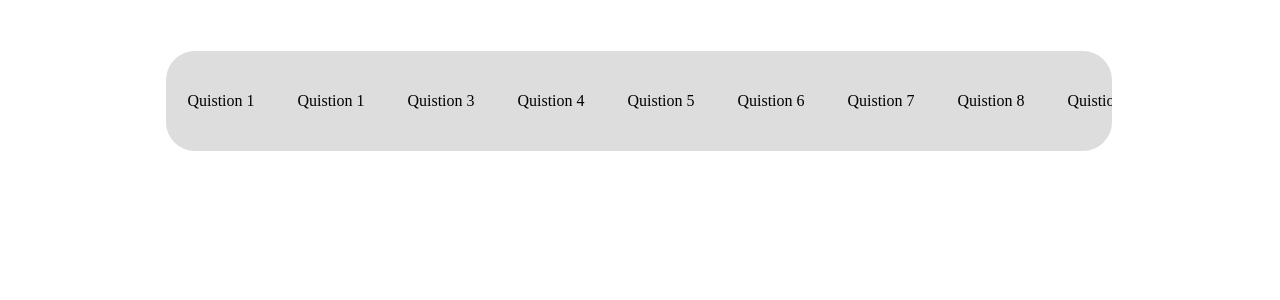
Repository: special4Party/Graduation-project-wedding-hall
Page: include/temp/test.html
The author's editor kept a copy of each file at every save. The page is drawn from the files as they stood at one save, then again after the next save.
The browser window is 1280 px wide. The pictures show the whole page.

Above is the page before, as saved 2022-04-30 01:08:42.

After the next save:
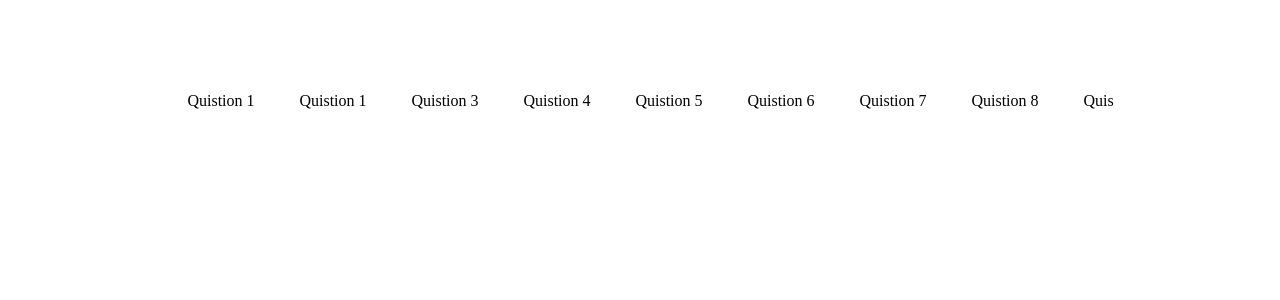
Saved 22 s later.
--- a/layout/css/test.css
+++ b/layout/css/test.css
@@ -13,13 +13,13 @@
     display: flex;
     overflow-x: auto;
     border-radius: 30px;
-    background-color: #fff;
-    margin-right: 2px;
+
 }
 .wrapper .item{
     min-width: 110px;
     height: 100px;
     line-height: 100px;
     text-align: center;
-    background-color: #ddd;
+    background-color: #fff;
+    margin-right: 2px;
 }
